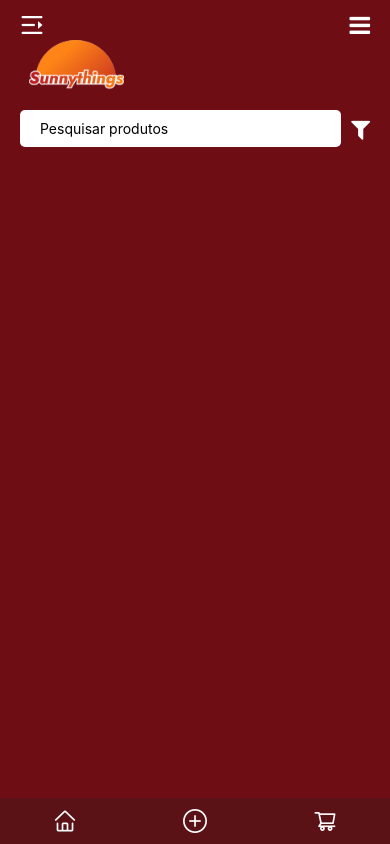
Repository: Luizzzin/SuperMercado
Screen: / (app in suny/)
The author's editor kept a copy of each file at every save. The screen is drawn from the files as they stood at one save, then again after the next save.
The app was drawn by React Native's web renderer in a window 390 px wide. The project was rebuilt for these pictures with package versions that can differ from the ones it lists, and the page was loaded fresh each time.

Above is the screen before, as saved 2024-05-09 11:29:16.

After the next save:
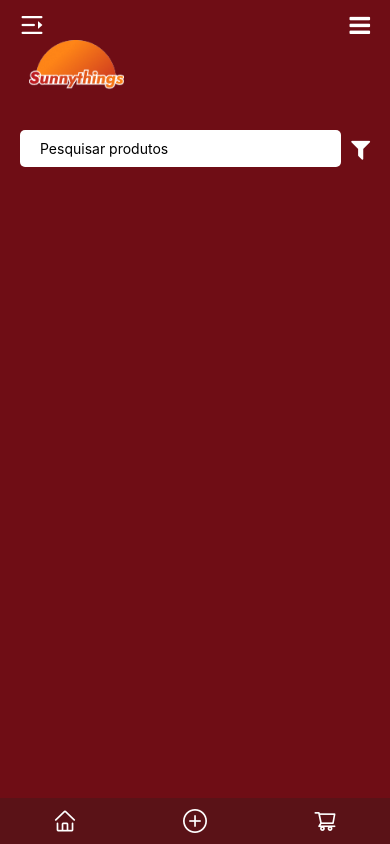
Saved 16 s later.
--- a/suny/HomeScreen.js
+++ b/suny/HomeScreen.js
@@ -75,7 +75,7 @@
     flexDirection: 'row',
     alignItems: 'center',
     paddingHorizontal: 20,
-    marginTop: 60,
+    marginTop: 80,
   },
   input: {
     flex: 1,
